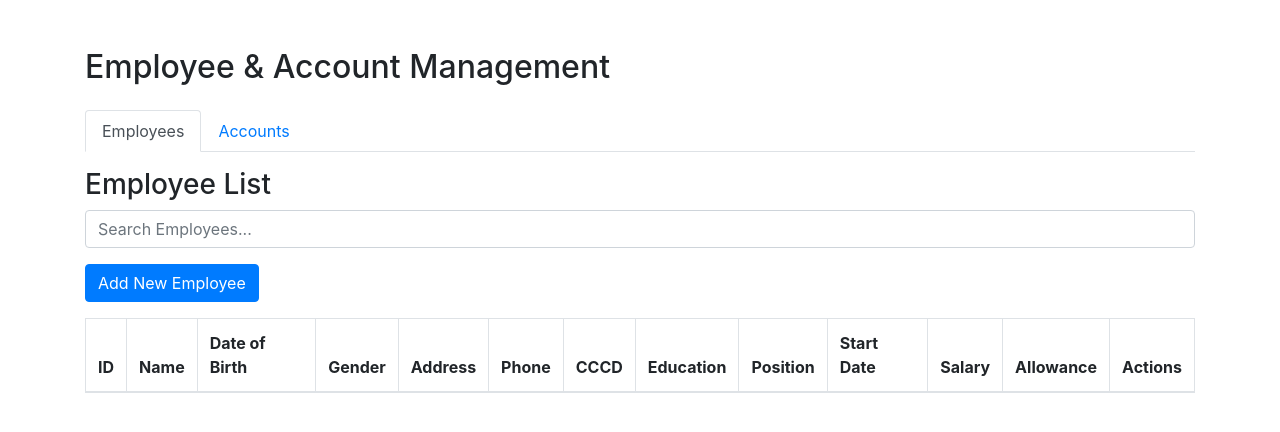
Repository: HuuThanh0602/PhongKhamNhi
Page: http://localhost/
The author's editor kept a copy of each file at every save. The page is drawn from the files as they stood at one save, then again after the next save.
The browser window is 1280 px wide. The pictures show the whole page.
Some web libraries are served in a nearby version. The page is run by PHP 8.4 with error messages shown; the project is at /var/www/html/. Queries for data that is not in the repository find no rows.

Above is the page before, as saved 2024-11-02 19:04:12.

### nhanvien/index.php
<!DOCTYPE html>
<html lang="en">

<head>
    <meta charset="UTF-8">
    <meta name="viewport" content="width=device-width, initial-scale=1.0">
    <title>Employee & Account Management</title>
    <!-- Bootstrap CSS -->
    <link href="https://maxcdn.bootstrapcdn.com/bootstrap/4.5.2/css/bootstrap.min.css" rel="stylesheet">
</head>

<body>
    <div class="container mt-5">
        <h2 class="mb-4">Employee & Account Management</h2>

        <!-- Nav tabs -->
        <ul class="nav nav-tabs" id="myTab" role="tablist">
            <li class="nav-item">
                <a class="nav-link active" id="employee-tab" data-toggle="tab" href="#employee" role="tab">Employees</a>
            </li>
            <li class="nav-item">
                <a class="nav-link" id="account-tab" data-toggle="tab" href="#account" role="tab">Accounts</a>
            </li>
        </ul>

        <!-- Tab panes -->
        <div class="tab-content mt-3">
            <!-- Employee List -->
            <div class="tab-pane fade show active" id="employee" role="tabpanel">
                <h3>Employee List</h3>
                <form method="GET" action="">
                    <input type="text" name="search" class="form-control mb-3" placeholder="Search Employees..." value="<?php echo isset($_GET['search']) ? htmlspecialchars($_GET['search']) : ''; ?>">
                </form>
                <a href="add_employee.php" class="btn btn-primary mb-3">Add New Employee</a>
                <table class="table table-striped table-bordered">
                    <thead>
                        <tr>
                            <th>ID</th>
                            <th>Name</th>
                            <th>Date of Birth</th>
                            <th>Gender</th>
                            <th>Address</th>
                            <th>Phone</th>
                            <th>CCCD</th>
                            <th>Education</th>
                            <th>Position</th>
                            <th>Start Date</th>
                            <th>Salary</th>
                            <th>Allowance</th>
                            <th>Actions</th>
                        </tr>
                    </thead>
                    <tbody>
                        <?php
                        // Connect to SQL Server and fetch employee data
                        require_once 'DBConnection.php';
                        $db = new DBConnection();
                        $conn = $db->connect();

                        $search = isset($_GET['search']) ? $_GET['search'] : '';
                        $stmt = $conn->prepare("SELECT * FROM NhanVien WHERE HoTen LIKE :search");
                        $stmt->execute(['search' => '%' . $search . '%']);
                        $employees = $stmt->fetchAll(PDO::FETCH_ASSOC);

                        foreach ($employees as $employee) {
                            echo "<tr>
                                <td>{$employee['MaNhanVien']}</td>
                                <td>{$employee['HoTen']}</td>
                                <td>{$employee['NgaySinh']}</td>
                                <td>{$employee['GioiTinh']}</td>
                                <td>{$employee['DiaChi']}</td>
                                <td>{$employee['SoDienThoai']}</td>
                                <td>{$employee['SoCCCD']}</td>
                                <td>{$employee['TrinhDo']}</td>
                                <td>{$employee['ChucVu']}</td>
                                <td>{$employee['NgayVaoLam']}</td>
                                <td>{$employee['MucLuong']}</td>
                                <td>{$employee['PhuCap']}</td>
                                <td>
                                    <a href='edit_employee.php?id={$employee['MaNhanVien']}' class='btn btn-warning btn-sm'>Edit</a>
                                    <a href='delete_employee.php?id={$employee['MaNhanVien']}' class='btn btn-danger btn-sm' onclick='return confirm(\"Are you sure?\")'>Delete</a>
                                </td>
                            </tr>";
                        }
                        ?>
                    </tbody>
                </table>
            </div>

            <!-- Account List -->
            <div class="tab-pane fade" id="account" role="tabpanel">
                <h3>Account List</h3>
                <form method="GET" action="">
                    <input type="text" name="search_account" class="form-control mb-3" placeholder="Search by Employee ID..." value="<?php echo isset($_GET['search_account']) ? htmlspecialchars($_GET['search_account']) : ''; ?>">
                </form>
                <a href="add_account.php" class="btn btn-primary mb-3">Add New Account</a>
                <table class="table table-striped table-bordered">
                    <thead class="thead-dark">
                        <tr>
                            <th>Account Number</th>
                            <th>Employee ID</th>
                            <th>Username</th>
                            <th>Password</th>
                            <th>Actions</th>
                        </tr>
                    </thead>
                    <tbody>
                        <?php
                        // Fetch account data
                        $search_account = isset($_GET['search_account']) ? $_GET['search_account'] : '';
                        $stmt = $conn->prepare("SELECT * FROM TaiKhoan WHERE MaNhanVien LIKE :search_account");
                        $stmt->execute(['search_account' => '%' . $search_account . '%']);
                        $accounts = $stmt->fetchAll(PDO::FETCH_ASSOC);

                        foreach ($accounts as $account) {
                            echo "<tr>
                    <td>{$account['SoTaiKhoan']}</td>
                    <td>{$account['MaNhanVien']}</td>
                    <td>{$account['TenDangNhap']}</td>
                    <td>{$account['MatKhau']}</td>
                    <td>
                        <a href='edit_account.php?id={$account['SoTaiKhoan']}' class='btn btn-warning btn-sm'>Edit</a>
                        <a href='delete_account.php?id={$account['SoTaiKhoan']}' class='btn btn-danger btn-sm' onclick='return confirm(\"Are you sure?\")'>Delete</a>
                    </td>
                </tr>";
                        }
                        ?>
                    </tbody>
                </table>
            </div>

            <!-- Bootstrap JS and dependencies -->
            <script src="https://code.jquery.com/jquery-3.5.1.slim.min.js"></script>
            <script src="https://cdn.jsdelivr.net/npm/@popperjs/core@2.5.4/dist/umd/popper.min.js"></script>
            <script src="https://stackpath.bootstrapcdn.com/bootstrap/4.5.2/js/bootstrap.min.js"></script>
</body>

</html>

### nhanvien/DBConnection.php
<?php

class DBConnection {
    private $host = '127.0.0.1';
    private $dbName = 'BTL';
    private $username = 'root';
    private $password = '';
    private $conn;

    public function connect() {
        $this->conn = null;
        try {
            // Chuỗi kết nối MySQL
            $this->conn = new PDO("mysql:host=$this->host;dbname=$this->dbName", $this->username, $this->password);
            $this->conn->setAttribute(PDO::ATTR_ERRMODE, PDO::ERRMODE_EXCEPTION);
            $this->conn->setAttribute(PDO::ATTR_DEFAULT_FETCH_MODE, PDO::FETCH_ASSOC);
        } catch (PDOException $e) {
            echo "Kết nối thất bại: " . $e->getMessage();
        }
        return $this->conn;
    }

    public function disconnect() {
        $this->conn = null;
    }
}

After the next save:
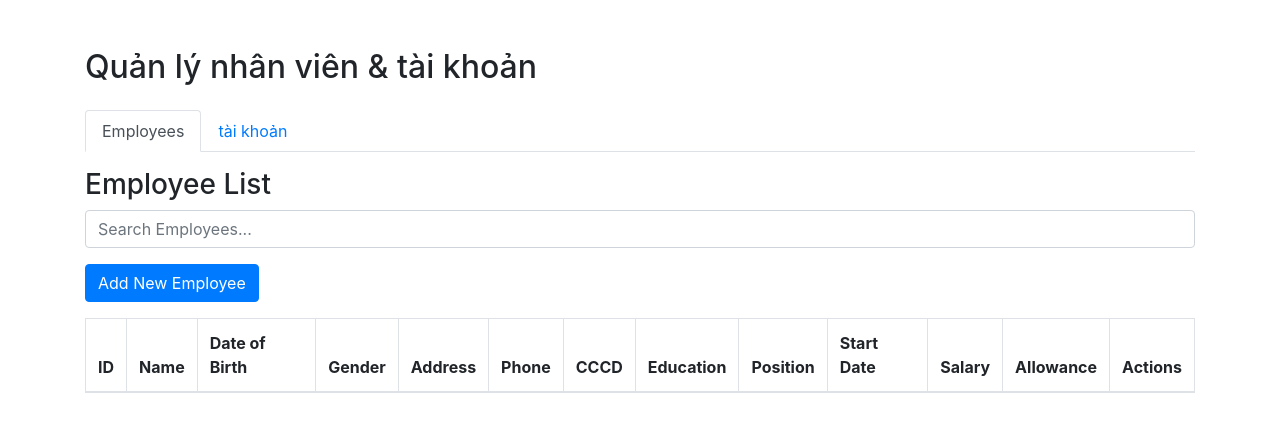
Saved 12 h 30 min later.
--- a/nhanvien/index.php
+++ b/nhanvien/index.php
@@ -11,7 +11,7 @@
 
 <body>
     <div class="container mt-5">
-        <h2 class="mb-4">Employee & Account Management</h2>
+        <h2 class="mb-4"> Quản lý nhân viên & tài khoản  </h2>
 
         <!-- Nav tabs -->
         <ul class="nav nav-tabs" id="myTab" role="tablist">
@@ -19,7 +19,7 @@
                 <a class="nav-link active" id="employee-tab" data-toggle="tab" href="#employee" role="tab">Employees</a>
             </li>
             <li class="nav-item">
-                <a class="nav-link" id="account-tab" data-toggle="tab" href="#account" role="tab">Accounts</a>
+                <a class="nav-link" id="account-tab" data-toggle="tab" href="#account" role="tab"> tài khoản</a>
             </li>
         </ul>
 
